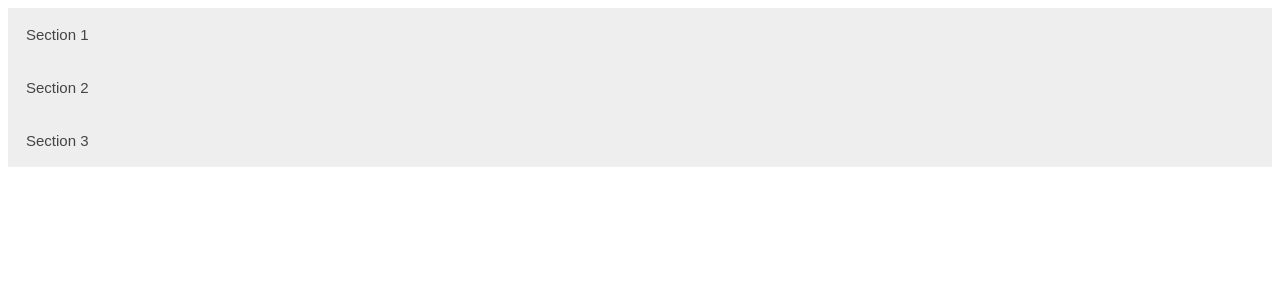
Repository: RPSKumara/DPEdudationPyhton
Page: ResponsiveWebAssigment/newArival.html
These files come from the project's save history. The page is drawn as it stood at one moment and after the next save; the edit follows.
The browser window is 1280 px wide. The pictures show the whole page.

Above is the page before, as saved 2022-04-22 20:16:28.

After the next save:
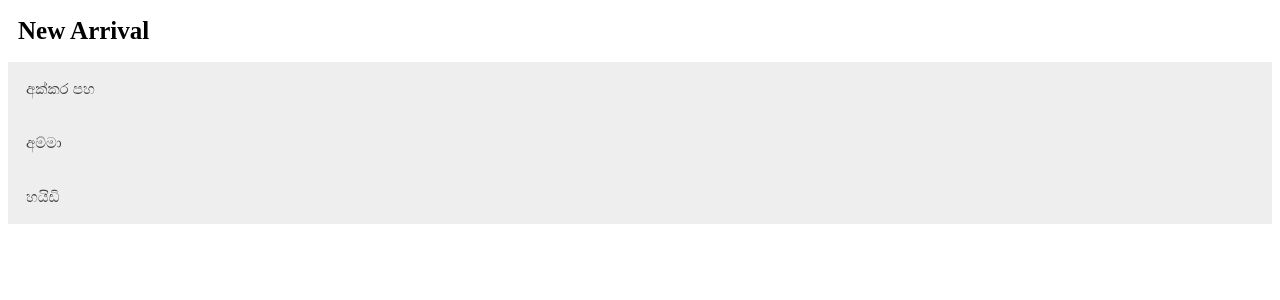
Saved 111 s later.
--- a/ResponsiveWebAssigment/newArival.html
+++ b/ResponsiveWebAssigment/newArival.html
@@ -3,6 +3,10 @@
 	<head>
 		<meta name="viewport" content="width=device-width, initial-scale=1" />
 		<style>
+            .header{
+                font-size: 25px;
+                padding-left: 10px;
+            }
 			.accordion {
 				background-color: #eee;
 				color: #444;
@@ -30,8 +34,8 @@
 		</style>
 	</head>
 	<body>
-
-		<button class="accordion">Section 1</button>
+        <h1 class="header">New Arrival</h1>
+		<button class="accordion">අක්කර පහ</button>
 		<div class="panel">
 			<p>
 				Lorem ipsum dolor sit amet, consectetur adipisicing elit, sed do eiusmod
@@ -41,7 +45,7 @@
 			</p>
 		</div>
 
-		<button class="accordion">Section 2</button>
+		<button class="accordion">අම්මා</button>
 		<div class="panel">
 			<p>
 				Lorem ipsum dolor sit amet, consectetur adipisicing elit, sed do eiusmod
@@ -51,7 +55,7 @@
 			</p>
 		</div>
 
-		<button class="accordion">Section 3</button>
+		<button class="accordion">හයිඩි</button>
 		<div class="panel">
 			<p>
 				Lorem ipsum dolor sit amet, consectetur adipisicing elit, sed do eiusmod
